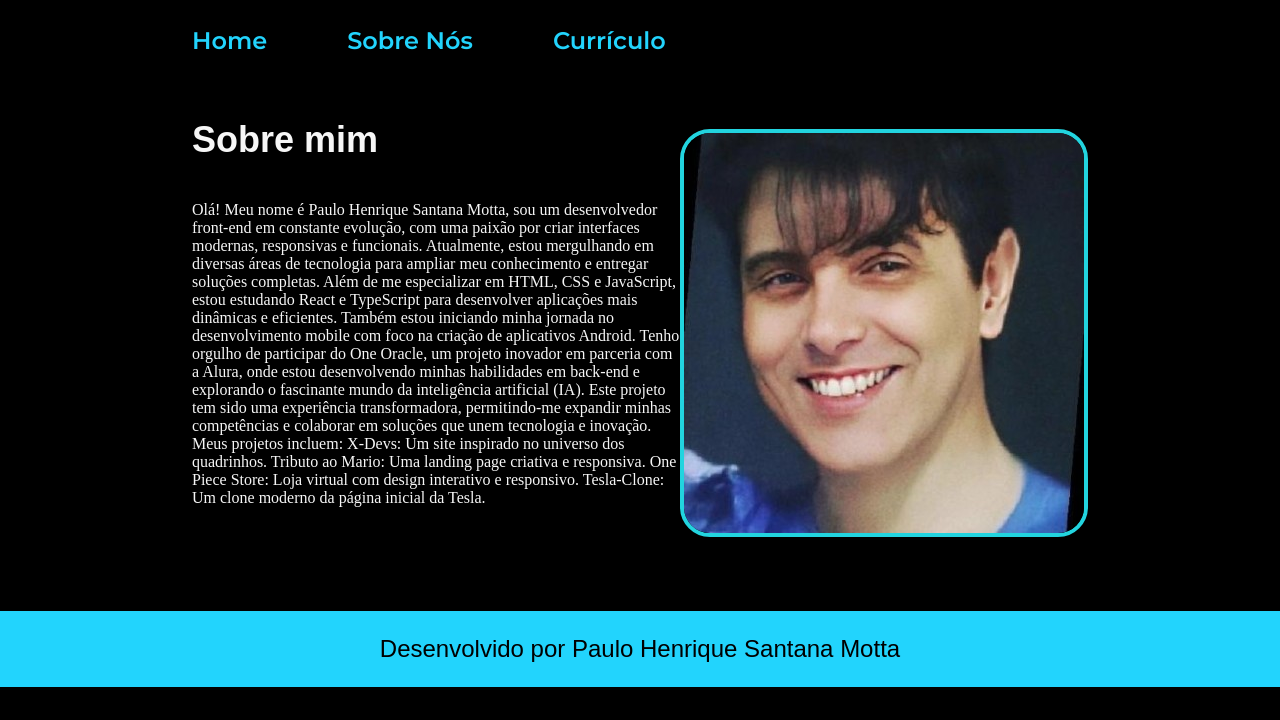
Repository: phsmottanerd/projeto-portfolio-alura
Page: about.html
An editor plug-in stored every save of this project. The page is shown before and after the next save, followed by the edit.
The browser window is 1280 px wide. The pictures show the whole page.
Some web fonts or font styles are not loaded; a fallback is used.

Above is the page before, as saved 2025-01-28 00:51:09.

After the next save:
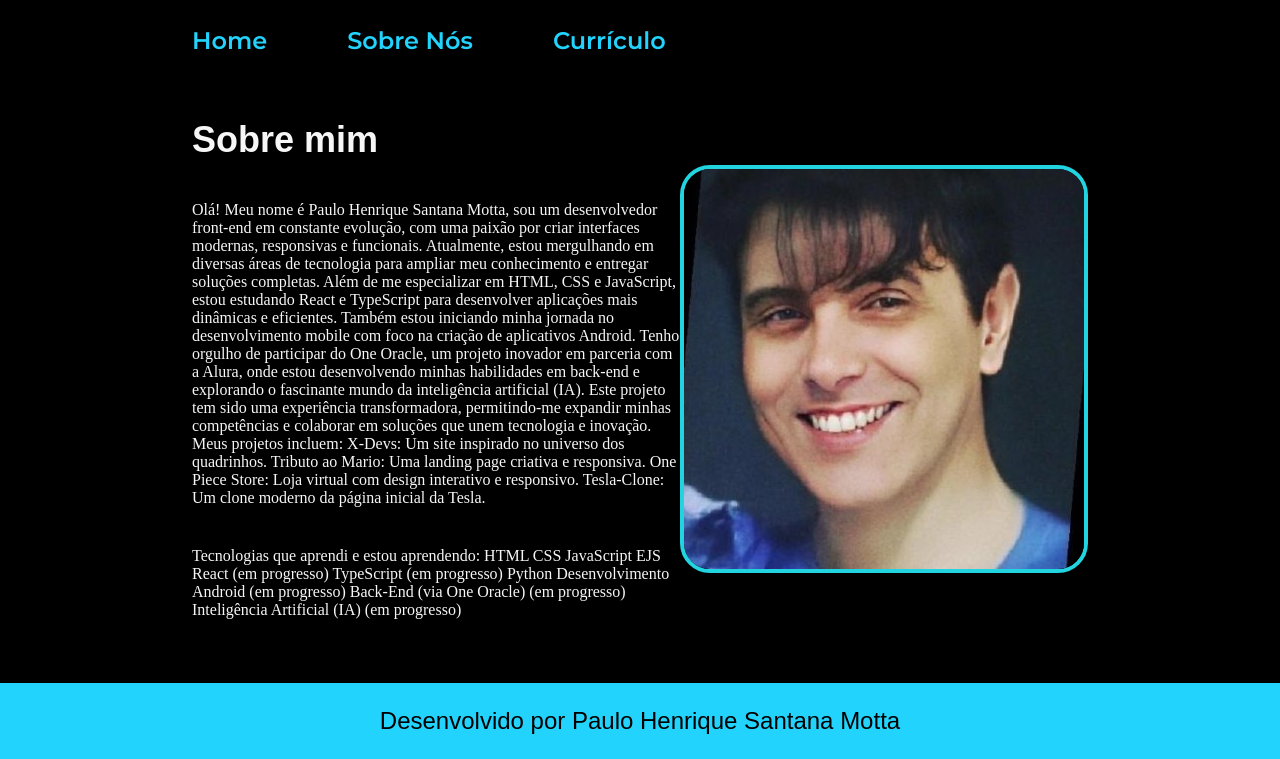
Saved 3 min 16 s later.
--- a/about.html
+++ b/about.html
@@ -30,7 +30,17 @@
     Tributo ao Mario: Uma landing page criativa e responsiva.
     One Piece Store: Loja virtual com design interativo e responsivo.
     Tesla-Clone: Um clone moderno da página inicial da Tesla.</p>
-<p></p>
+<p>Tecnologias que aprendi e estou aprendendo:
+    HTML
+    CSS
+    JavaScript
+    EJS
+    React (em progresso)
+    TypeScript (em progresso)
+    Python
+    Desenvolvimento Android (em progresso)
+    Back-End (via One Oracle) (em progresso)
+    Inteligência Artificial (IA) (em progresso)</p>
 </section>
 
 <img class="img-foto" src="./img/1722867171561.jpg" alt="Paulo Henrique Santana Motta  programando" />
